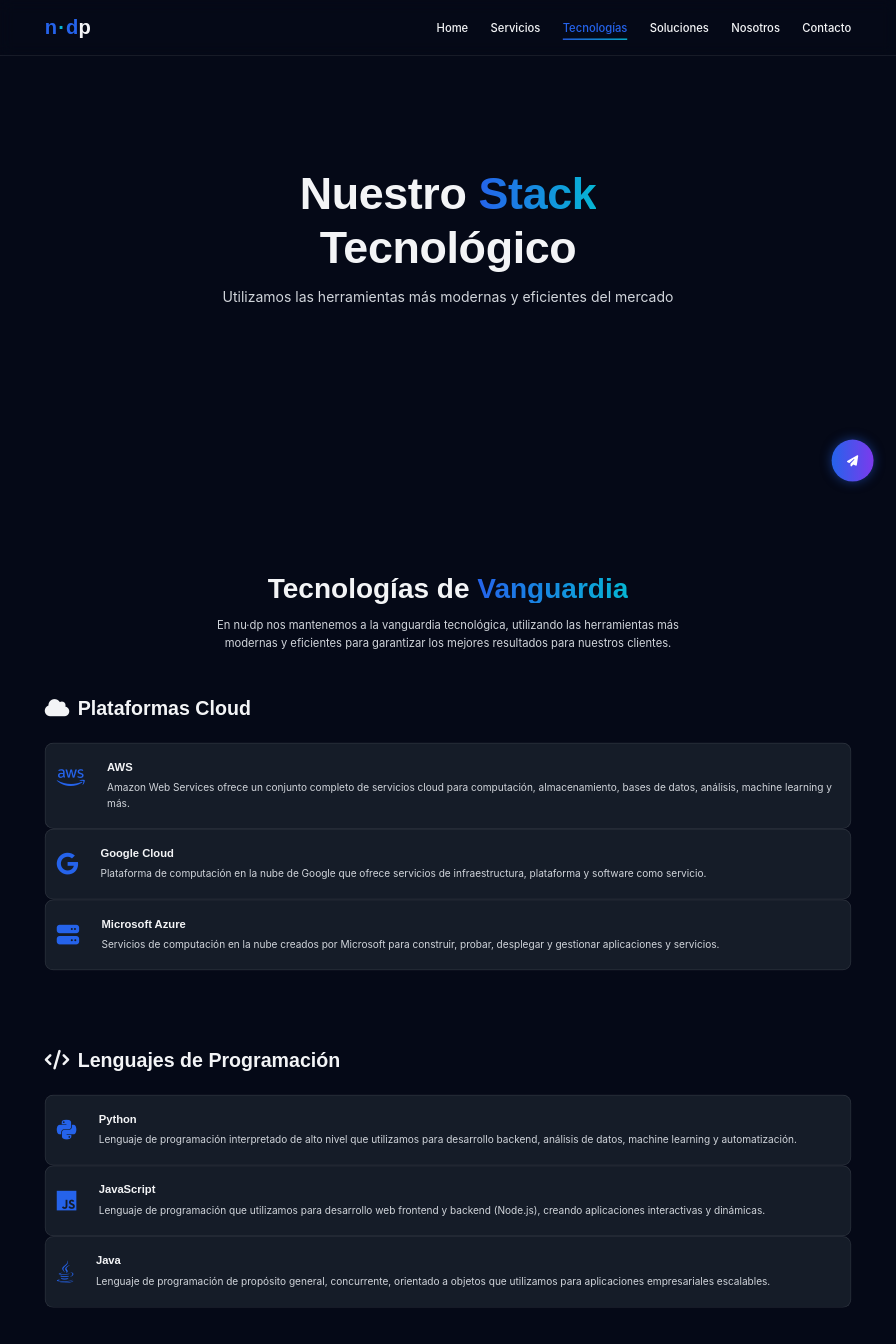
Repository: nu-dp/nu.dp-website
Page: technologies.html
These files come from the project's save history. The page is drawn as it stood at one moment and after the next save; the edit follows.
The browser window is 1280 px wide. The pictures show the part of the page from y = 0 to 1920 px (the page is 3527 px tall), at 70% of full size.
Some web fonts or font styles are not loaded; a fallback is used.

Above is the page before, as saved 2025-08-21 21:58:53.
Console error: TypeError: Cannot read properties of null (reading 'textContent')

### technologies.html
<!DOCTYPE html>
<html lang="es">
<head>
    <meta charset="UTF-8">
    <meta name="viewport" content="width=device-width, initial-scale=1.0">
    <title>Tecnologías - nu·dp</title>
    <meta name="description" content="Tecnologías y herramientas que utilizamos en nu·dp">
    <link rel="preconnect" href="https://fonts.googleapis.com">
    <link rel="preconnect" href="https://fonts.gstatic.com" crossorigin>
    <link href="https://fonts.googleapis.comcss2?family=Montserrat:wght@300;400;500;600;700;800&family=Inter:wght@300;400;500;600&display=swap" rel="stylesheet">
    <link rel="stylesheet" href="https://cdnjs.cloudflare.com/ajax/libs/font-awesome/6.4.0/css/all.min.css">
    <link rel="stylesheet" href="css/style.css">
</head>
<body>
    <!-- Header -->
    <header id="header">
        <div class="container header-container">
            <a href="index.html" class="logo">
                <span class="logo-symbol">n</span>
                <span class="logo-divider">·</span>
                <span class="logo-symbol">d</span>
                <span class="logo-text">p</span>
            </a>

            <button class="mobile-menu-btn" id="mobile-menu">
                <span class="menu-line"></span>
                <span class="menu-line"></span>
                <span class="menu-line"></span>
            </button>

            <nav>
                <ul class="nav-menu" id="nav-menu">
                    <li><a href="index.html">Home</a></li>
                    <li><a href="services.html">Servicios</a></li>
                    <li><a href="technologies.html" class="active">Tecnologías</a></li>
                    <li><a href="solutions.html">Soluciones</a></li>
                    <li><a href="about.html">Nosotros</a></li>
                    <li><a href="contact.html">Contacto</a></li>
                </ul>
            </nav>
        </div>
    </header>

    <!-- Hero Section -->
    <section class="hero technologies-hero">
        <div class="container hero-content">
            <h1 class="fade-in">Nuestro <span class="text-gradient">Stack</span> Tecnológico</h1>
            <p class="hero-tagline fade-in">Utilizamos las herramientas más modernas y eficientes del mercado</p>
        </div>
    </section>

    <!-- Technologies Section -->
    <section class="section">
        <div class="container">
            <div class="technologies-intro">
                <h2 class="section-title fade-in">Tecnologías de <span class="text-gradient">Vanguardia</span></h2>
                <p class="section-subtitle fade-in">En nu·dp nos mantenemos a la vanguardia tecnológica, utilizando las herramientas más modernas y eficientes para garantizar los mejores resultados para nuestros clientes.</p>
            </div>

            <div class="technologies-grid">
                <!-- Cloud Technologies -->
                <div class="tech-category fade-in">
                    <h3 class="category-title">
                        <i class="fas fa-cloud"></i>
                        Plataformas Cloud
                    </h3>
                    <div class="tech-items">
                        <div class="tech-item detailed">
                            <div class="tech-icon">
                                <i class="fab fa-aws"></i>
                            </div>
                            <div class="tech-info">
                                <h4>AWS</h4>
                                <p>Amazon Web Services ofrece un conjunto completo de servicios cloud para computación, almacenamiento, bases de datos, análisis, machine learning y más.</p>
                            </div>
                        </div>

                        <div class="tech-item detailed">
                            <div class="tech-icon">
                                <i class="fab fa-google"></i>
                            </div>
                            <div class="tech-info">
                                <h4>Google Cloud</h4>
                                <p>Plataforma de computación en la nube de Google que ofrece servicios de infraestructura, plataforma y software como servicio.</p>
                            </div>
                        </div>

                        <div class="tech-item detailed">
                            <div class="tech-icon">
                                <i class="fas fa-server"></i>
                            </div>
                            <div class="tech-info">
                                <h4>Microsoft Azure</h4>
                                <p>Servicios de computación en la nube creados por Microsoft para construir, probar, desplegar y gestionar aplicaciones y servicios.</p>
                            </div>
                        </div>
                    </div>
                </div>

                <!-- Programming Languages -->
                <div class="tech-category fade-in">
                    <h3 class="category-title">
                        <i class="fas fa-code"></i>
                        Lenguajes de Programación
                    </h3>
                    <div class="tech-items">
                        <div class="tech-item detailed">
                            <div class="tech-icon">
                                <i class="fab fa-python"></i>
                            </div>
                            <div class="tech-info">
                                <h4>Python</h4>
                                <p>Lenguaje de programación interpretado de alto nivel que utilizamos para desarrollo backend, análisis de datos, machine learning y automatización.</p>
                            </div>
                        </div>

                        <div class="tech-item detailed">
                            <div class="tech-icon">
                                <i class="fab fa-js"></i>
                            </div>
                            <div class="tech-info">
                                <h4>JavaScript</h4>
                                <p>Lenguaje de programación que utilizamos para desarrollo web frontend y backend (Node.js), creando aplicaciones interactivas y dinámicas.</p>
                            </div>
                        </div>

                        <div class="tech-item detailed">
                            <div class="tech-icon">
                                <i class="fab fa-java"></i>
                            </div>
                            <div class="tech-info">
                                <h4>Java</h4>
                                <p>Lenguaje de programación de propósito general, concurrente, orientado a objetos que utilizamos para aplicaciones empresariales escalables.</p>
                            </div>
                        </div>
                    </div>
                </div>

                <!-- Databases -->
                <div class="tech-category fade-in">
                    <h3 class="category-title">
                        <i class="fas fa-database"></i>
                        Bases de Datos
                    </h3>
                    <div class="tech-items">
                        <div class="tech-item detailed">
                            <div class="tech-icon">
                                <i class="fas fa-database"></i>
                            </div>
                            <div class="tech-info">
                                <h4>MongoDB</h4>
                                <p>Base de datos NoSQL orientada a documentos que utilizamos para aplicaciones que requieren alta escalabilidad y flexibilidad.</p>
                            </div>
                        </div>

                        <div class="tech-item detailed">
                            <div class="tech-icon">
                                <i class="fas fa-database"></i>
                            </div>
                            <div class="tech-info">
                                <h4>PostgreSQL</h4>
                                <p>Sistema de gestión de bases de datos relacional orientado a objetos y de código abierto que utilizamos para aplicaciones complejas.</p>
                            </div>
                        </div>

                        <div class="tech-item detailed">
                            <div class="tech-icon">
                                <i class="fas fa-bolt"></i>
                            </div>
                            <div class="tech-info">
                                <h4>Redis</h4>
                                <p>Almacén de estructura de datos en memoria que utilizamos como base de datos, caché y agente de mensajes.</p>
                            </div>
                        </div>
                    </div>
                </div>

                <!-- Cybersecurity -->
                <div class="tech-category fade-in">
                    <h3 class="category-title">
                        <i class="fas fa-shield-alt"></i>
                        Ciberseguridad
                    </h3>
                    <div class="tech-items">
                        <div class="tech-item detailed">
                            <div class="tech-icon">
                                <i class="fas fa-user-shield"></i>
                            </div>
                            <div class="tech-info">
                                <h4>SIEM</h4>
                                <p>Sistemas de Gestión de Eventos e Información de Seguridad que utilizamos para el monitoreo y análisis de seguridad en tiempo real.</p>
                            </div>
                        </div>

                        <div class="tech-item detailed">
                            <div class="tech-icon">
                                <i class="fas fa-lock"></i>
                            </div>
                            <div class="tech-info">
                                <h4>Encriptación E2E</h4>
                                <p>Técnicas de encriptación de extremo a extremo que implementamos para proteger datos sensibles en tránsito y en reposo.</p>
                            </div>
                        </div>

                        <div class="tech-item detailed">
                            <div class="tech-icon">
                                <i class="fas fa-fingerprint"></i>
                            </div>
                            <div class="tech-info">
                                <h4>Autenticación MFA</h4>
                                <p>Sistemas de autenticación multifactor que implementamos para añadir capas adicionales de seguridad a las aplicaciones.</p>
                            </div>
                        </div>
                    </div>
                </div>
            </div>
        </div>
    </section>

    <!-- Footer -->
    <footer>
        <div class="container">
            <div class="footer-content">
                <div class="footer-about">
                    <div class="footer-logo">
                        <span class="logo-symbol">n</span>
                        <span class="logo-divider">·</span>
                        <span class="logo-symbol">d</span>
                        <span class="logo-text">p</span>
                    </div>
                    <p>Soluciones tecnológicas innovadoras para impulsar tu negocio hacia el futuro.</p>
                    <div class="social-links">
                        <a href="#" class="social-link">
                            <i class="fab fa-discord"></i>
                            <span class="link-tooltip">Únete a nuestro Discord</span>
                        </a>
                        <a href="#" class="social-link">
                            <i class="fab fa-linkedin-in"></i>
                            <span class="link-tooltip">Síguenos en LinkedIn</span>
                        </a>
                        <a href="#" class="social-link">
                            <i class="fab fa-twitter"></i>
                            <span class="link-tooltip">Síguenos en Twitter</span>
                        </a>
                        <a href="#" class="social-link">
                            <i class="fab fa-github"></i>
                            <span class="link-tooltip">Visita nuestro GitHub</span>
                        </a>
                    </div>
                </div>

                <div class="footer-links">
                    <h4>Enlaces Rápidos</h4>
                    <ul>
                        <li><a href="index.html">Home</a></li>
                        <li><a href="services.html">Servicios</a></li>
                        <li><a href="technologies.html" class="active">Tecnologías</a></li>
                        <li><a href="solutions.html">Soluciones</a></li>
                        <li><a href="about.html">Nosotros</a></li>
                        <li><a href="contact.html">Contacto</a></li>
                    </ul>
                </div>

                <div class="footer-links">
                    <h4>Servicios</h4>
                    <ul>
                        <li><a href="services/big-data.html">Big Data</a></li>
                        <li><a href="services/ai.html">AI & Machine Learning</a></li>
                        <li><a href="services/it-infra.html">IT Infrastructure</a></li>
                        <li><a href="services/web-app.html">Web & App Design</a></li>
                        <li><a href="services/cyber.html">Cybersecurity</a></li>
                        <li><a href="services/cloud.html">Cloud Computing</a></li>
                        <li><a href="services/discord.html">Discord Servers</a></li>
                    </ul>
                </div>

                <div class="footer-links">
                    <h4>Legal</h4>
                    <ul>
                        <li><a href="terms-and-conditions.html">Términos y Condiciones</a></li>
                        <li><a href="privacy-policy.html">Política de Privacidad</a></li>
                        <li><a href="legal-notice.html">Aviso Legal</a></li>
                    </ul>
                </div>
            </div>

            <div class="footer-bottom">
                <p>© 2025 nu·dp – All rights reserved.</p>
            </div>
        </div>
    </footer>

    <!-- Floating Contact Button -->
    <div class="floating-contact">
        <a href="contact.html" class="floating-btn">
            <i class="fas fa-paper-plane"></i>
            <span class="floating-text">Contactar</span>
        </a>
    </div>

    <script src="js/script.js"></script>
</body>
</html>

Loaded but not shown: js/script.js (254 lines, source omitted); css/style.css (875 lines, source omitted)

After the next save:
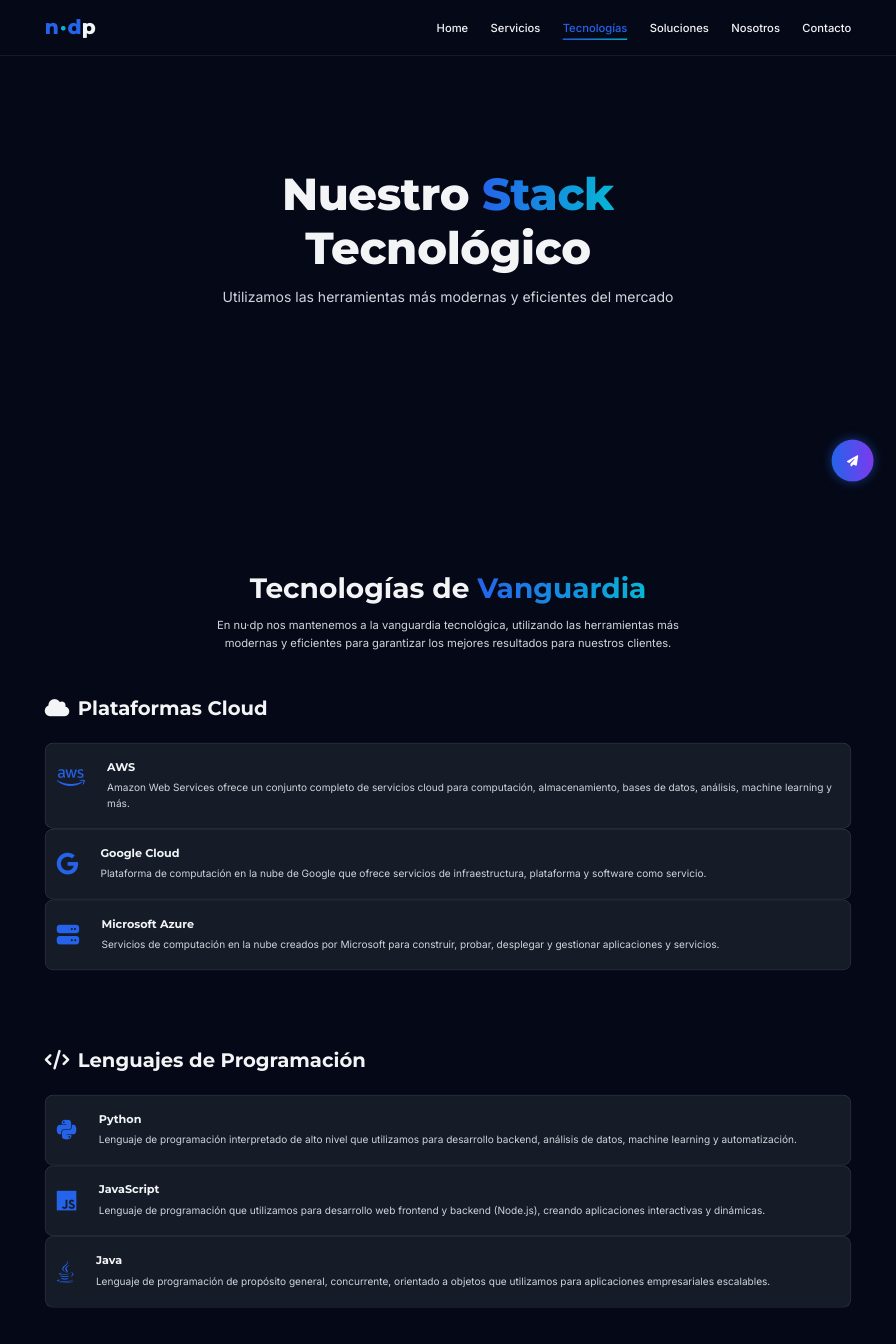
Saved 32 s later.
--- a/technologies.html
+++ b/technologies.html
@@ -4,10 +4,10 @@
     <meta charset="UTF-8">
     <meta name="viewport" content="width=device-width, initial-scale=1.0">
     <title>Tecnologías - nu·dp</title>
-    <meta name="description" content="Tecnologías y herramientas que utilizamos en nu·dp">
+    <meta name="description" content="Big Data, AI, Cloud, Cybersecurity & Advanced Discord Servers">
     <link rel="preconnect" href="https://fonts.googleapis.com">
     <link rel="preconnect" href="https://fonts.gstatic.com" crossorigin>
-    <link href="https://fonts.googleapis.comcss2?family=Montserrat:wght@300;400;500;600;700;800&family=Inter:wght@300;400;500;600&display=swap" rel="stylesheet">
+    <link href="https://fonts.googleapis.com/css2?family=Montserrat:wght@300;400;500;600;700;800&family=Inter:wght@300;400;500;600&display=swap" rel="stylesheet">
     <link rel="stylesheet" href="https://cdnjs.cloudflare.com/ajax/libs/font-awesome/6.4.0/css/all.min.css">
     <link rel="stylesheet" href="css/style.css">
 </head>
